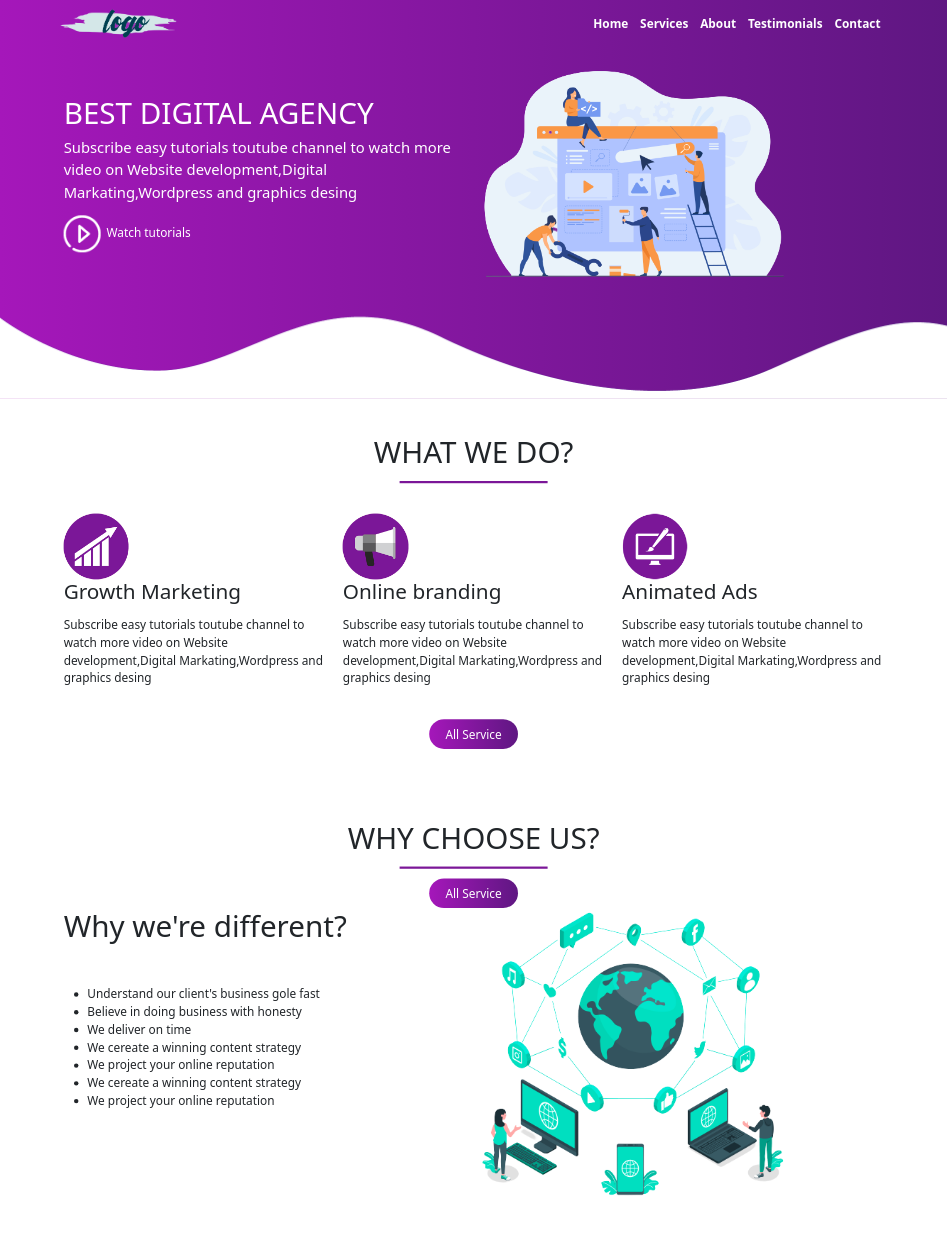
Repository: zjria/PSD-to-HTML-DIGITAL-AGENCY
Page: index.html
The author's editor kept a copy of each file at every save. The page is drawn from the files as they stood at one save, then again after the next save.
The browser window is 1280 px wide. The pictures show the whole page, at 74% of full size.
Some web libraries are served in a nearby version.

Above is the page before, as saved 2022-05-11 08:45:25.

### index.html
<!doctype html>
<html lang="en">
  <head>
    <!-- Required meta tags -->
    <meta charset="utf-8">
    <meta name="viewport" content="width=device-width, initial-scale=1">
    <title>DIGITAL AGENCY</title>
    <!-- Bootstrap CSS -->
    <link href="https://cdn.jsdelivr.net/npm/bootstrap@5.0.2/dist/css/bootstrap.min.css" rel="stylesheet">
    <!-- Font awesome link-->
    <link rel="stylesheet" href="https://cdnjs.cloudflare.com/ajax/libs/font-awesome/6.1.1/css/all.min.css">
    <!-- custom CSS  -->
    <link rel="stylesheet" href="css/style.css">
  </head>
  <body>
    <!-- Navbar Section Start -->
    <section class="header">
        <nav class="navbar navbar-expand-md fixed-top">
            <div class="container">
                <a href="#" class="navbar-brand">
                    <img src="img/h_logo.png" alt="" class="menu-icon img-fluid w-50">
                </a>
                <button class="navbar-toggler" data-bs-target="#menunavbarlink" data-bs-toggle="collapse" type="button">
                    <span class="navbar-toggler-icon"></span>
                </button>
                <div class="collapse navbar-collapse fw-bold " id="menunavbarlink">
                  <ul class="navbar-nav ms-auto ">
                    <li class="nav-item ">
                      <a href="#Home" class="nav-link text-white">Home</a>
                    </li>
                    <li class="nav-item">
                      <a href="#Services" class="nav-link text-white">Services</a>
                    </li>
                    <li class="nav-item">
                      <a href="#About" class="nav-link text-white">About</a>
                    </li>
                    <li class="nav-item">
                      <a href="#Testimonials" class="nav-link text-white" >Testimonials</a>
                    </li>
                    <li class="nav-item">
                      <a href="#Contact" class="nav-link text-white">Contact</a>
                    </li>
                  </ul>
                </div>
            </div>
        </nav>
    </section>
    <!-- Navbar Section END -->
    <!-- Navbar Section Start -->
    <section class="" id="baner" id="Home">
      <div class="container p-3 py-5">
        <div class="row align-items-center text-white mt-5">
          <div class="col-md-6">
            <h1>BEST DIGITAL AGENCY</h1>
            <p class="lead">Subscribe easy tutorials toutube channel to watch more video on Website development,Digital Markating,Wordpress and graphics desing</p>
            <a href="#"><img src="img/play.png" class="img-fluid me-2 " alt=""><span>Watch tutorials</span></a>
          </div>
          <div class="col-md-6 m-auto">
            <img src="img/heder_logo.png" class="img-fluid w-75" alt="">
          </div>
        </div>
      </div>
      <img src="img/wave1.png" alt="" class="img-wave1 img-fluid">
    </section>
    <!-- Navbar Section END -->

    <!-- Service Section Start -->
      <section class="service-section">
        <div class="container p-3 py-5">
          <div class="row">
            <h1 class="title">WHAT WE DO?</h1>
            <!-- <span></span> -->
          </div>
          <div class="row mt-5">
            <div class="col-12 col-md-4 mb-2">
              <img src="img/service1.png" alt="" class="img-fluid w-25">
              <h3 class="mb-3">Growth Marketing</h3>
              <p>
                Subscribe easy tutorials toutube channel to watch more video on Website development,Digital Markating,Wordpress and graphics desing</p>
            </div>
            <div class="col-12 col-md-4 mb-2">
              <img src="img/service2.png" alt="" class="img-fluid w-25">
              <h3 class="mb-3">Online branding</h3>
              <p>
                Subscribe easy tutorials toutube channel to watch more video on Website development,Digital Markating,Wordpress and graphics desing</p>
            </div>
            <div class="col-12 col-md-4 mb-2">
              <img src="img/service3.png" alt="" class="img-fluid w-25">
              <h3 class="mb-3">Animated Ads</h3>
              <p>
                Subscribe easy tutorials toutube channel to watch more video on Website development,Digital Markating,Wordpress and graphics desing</p>
            </div>
          </div>
          <div class="row">
            <div class="com-12 text-center">
              <button type="button" class="services-button btn">All Service</button>
            </div>
          </div>
        </div>
      </section>
    <!-- Service Section End -->

    <!-- About Section Start -->
    <section class="about-section">
      <div class="container p-3 py-5">
        <div class="row">
          <h1 class="title">WHY CHOOSE US?</h1>
        </div>
        <div class="row">
          <div class="com-12 text-center">
            <button type="button" class="services-button btn">All Service</button>
          </div>
        </div>
        <div class="row">
          <div class="col-md-6">
            <h1>Why we're different?</h1>
            <ul class="py-5">
              <li>Understand our client's business gole fast</li>
              <li>Believe in doing business with honesty</li>
              <li>We deliver on time</li>
              <li>We cereate a winning content strategy</li>
              <li>We project your online reputation</li>
              <li>We cereate a winning content strategy</li>
              <li>We project your online reputation</li>
            </ul>
          </div>
          <div class="col-md-6">
            <img src="img/networker.png" alt="" class="img-fluid w-75">
          </div>
        </div>
      </div>
    </section>

    <!-- About Section End -->


    <!-- Optional JavaScript; choose one of the two! -->
    <!-- Option 1: Bootstrap Bundle with Popper -->
    <script src="https://cdn.jsdelivr.net/npm/bootstrap@5.0.2/dist/js/bootstrap.bundle.min.js"></script>
  </body>
</html>

### css/style.css
.navbar{
    background-image: linear-gradient(to right, #a517ba,#5f1782)!important;
}
#baner{
    background-image: linear-gradient(to right, #a517ba,#5f1782)!important;
    align-items: center;
    margin: auto;
    justify-content: center;
}
#baner a img{
    width: 50px;
    align-items: center;
    margin: auto;
    justify-content: center;

}
#baner a{
    text-decoration: none;
    color: white;
}
.img-wave1{
    width: 100%;
}

/* Service Section */
.title{
    text-align: center;
}
.title::after{
    content: "";
    display: block;
    background: #7B1798;
    height: 3px;
    width: 200px;
    margin: auto;
    transform: translateY(15px);
}

.services-button {
    background-image: linear-gradient(to right, #a517ba,#5f1782);
    color: white;
    border: none;
    width: 120px;
    height: 40px;
    margin: auto;
    border-radius: 20px;
    margin-top: 20px;
}
/* About Section Start  */

After the next save:
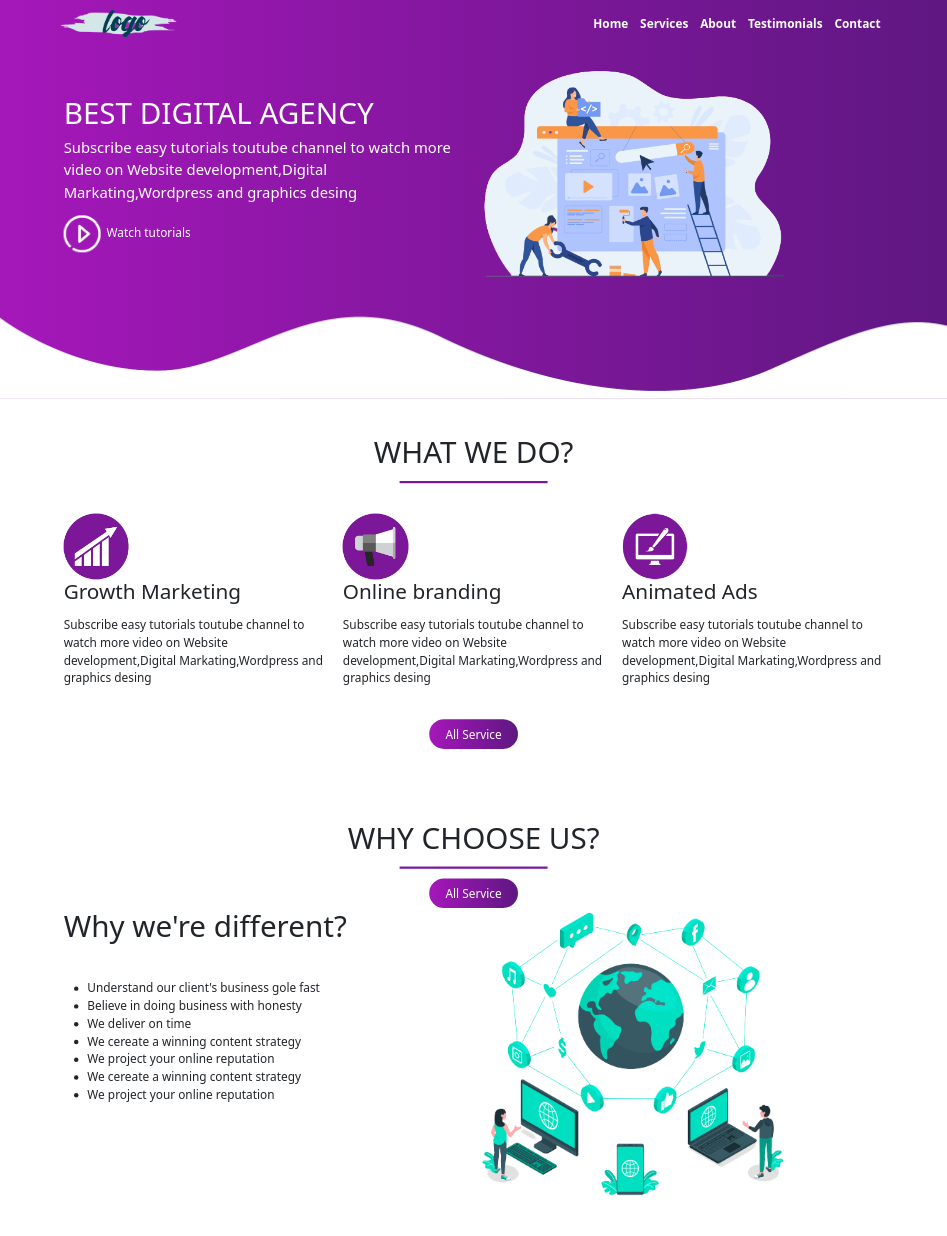
Saved 15 s later.
--- a/index.html
+++ b/index.html
@@ -114,7 +114,7 @@
         <div class="row">
           <div class="col-md-6">
             <h1>Why we're different?</h1>
-            <ul class="py-5">
+            <ul class="my-5">
               <li>Understand our client's business gole fast</li>
               <li>Believe in doing business with honesty</li>
               <li>We deliver on time</li>
